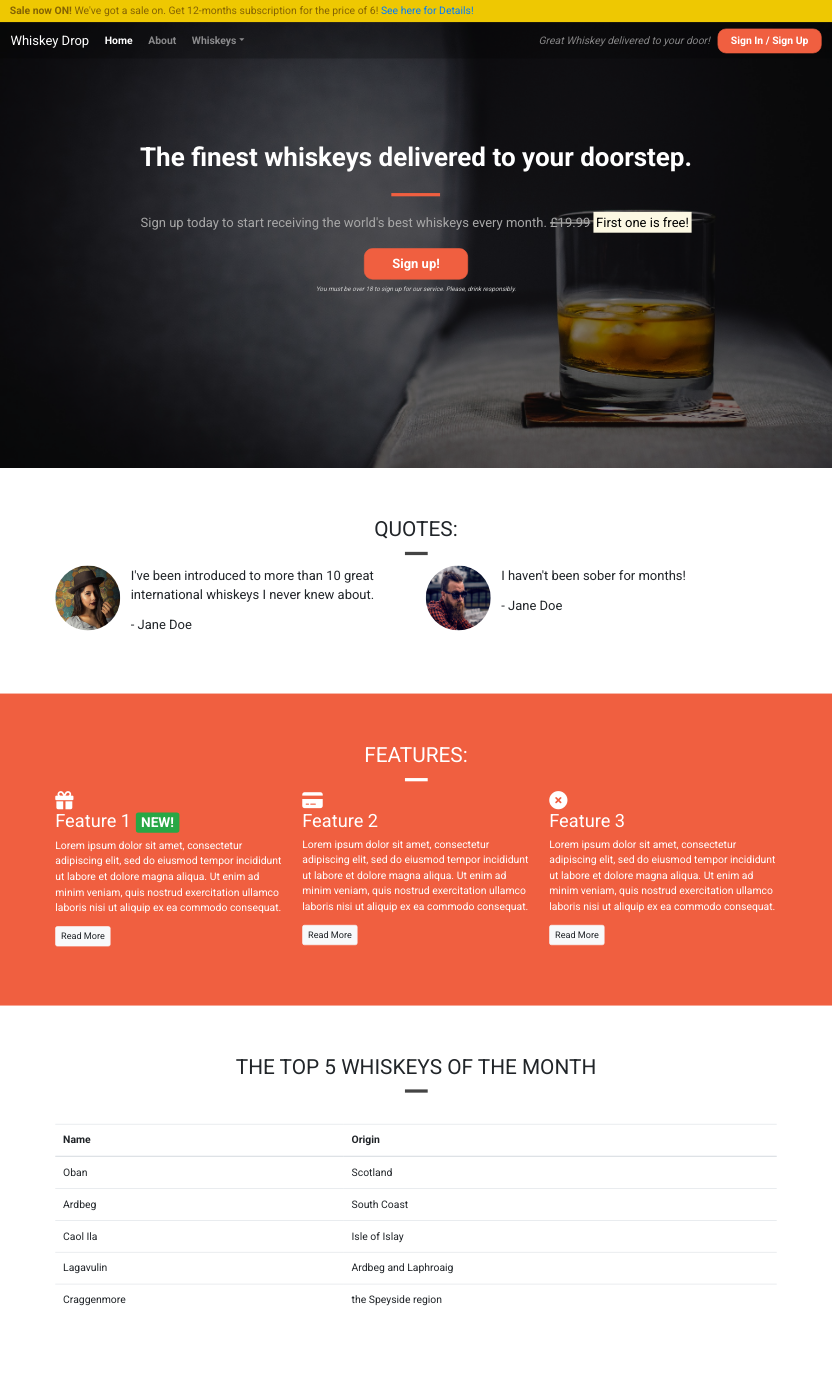
Repository: hidayatmansuri/BootStrap
Page: index.html
The author's editor kept a record of every edit. The page is drawn from the files as they stood at one moment, then again after the next edit.
The browser window is 1280 px wide. The pictures show the whole page, at 65% of full size.
Backgrounds fixed to the window are drawn as part of the page. Some web libraries are served in a nearby version.

Above is the page before.

### index.html
<!DOCTYPE html>
<html lang="en-us">

<head>
    <meta charset="utf-8">
    <meta name="viewport" content="width=device-width, initial-scale=1.0">
    <meta http-equiv="X-UA-Compatible" content="ie=edge">
    <title>Whiskey Drop | Taste a new whiskey every month</title>
    <link rel="stylesheet" href="https://maxcdn.bootstrapcdn.com/bootstrap/4.1.3/css/bootstrap.min.css">
    <script src="https://kit.fontawesome.com/011e87d520.js"></script>
    <link href="https://fonts.googleapis.com/css?family=Roboto:400,700&display=swap" rel="stylesheet">
    <link rel="stylesheet" href="css/style.css" type="text/css" />
</head>

<body>
    <div class="container-fluid navalert-container">
        <div class="container-fluid alert-container">
            <div class="row d-none d-sm-block">
                <div class="col-12">
                    <div class="site-wide-alert aler alert-warning">
                        <strong>Sale now ON!</strong> We've got a sale on. Get 12-months subscription for the price of 6! <a href="">See here for Details!</a>
                    </div>
                </div>
            </div>
        </div>
        <nav class="navbar navbar-dark navbar-expand-sm">
            <a href="/" class="navbar-brand"> Whiskey Drop</a>
            <button class="navbar-toggler ml-auto" type="button" data-toggle="collapse" data-target="#navbarNavDropdown" aria-controls="navbarNavDropdown" aria-expanded="false" aria-label="Toggle navigation">
        <span class="navbar-toggler-icon"></span></button>
            <div class="collapse navbar-collapse" id="navbarNavDropdown">
                <ul class="navbar-nav mr-auto">
                    <li class="active nav-item mr-2"><a class="nav-link" href="/">Home</a></li>
                    <li class="nav-item mr-2"><a class="nav-link" href="/ about">About</a></li>
                    <li class="nav-item dropdown">
                        <a class="nav-link dropdown-toggle" href="#" id="navbarDropdownMenuLink" role="button" data-toggle="dropdown" aria-haspopup="true" aria-expanded="false">Whiskeys</a>
                        <div class="dropdown-menu" aria-labelledby="navbarDropdownMenuLink">
                            <a class="dropdown-item" href="#">Irish</a>
                            <a class="dropdown-item" href="#">Scotch</a>
                            <a class="dropdown-item" href="#">Japanese</a>
                            <a class="dropdown-item" href="#">American</a>
                        </div>
                    </li>
                    <li class="nav-item mr-2 d-block d-sm-none">
                        <a class="nav-link " href="/ login">Sign In / Sign Up</a></li>
                </ul>
            </div>
            <div class="d-none d-md-block">
                <p class="navbar-text my-auto mr-2"><i>Great Whiskey delivered to your door!</i></p>
                <a href="/login" class="btn btn--cta btn--red"> Sign In / Sign Up</a>
            </div>
        </nav>
    </div>

    <!-- Callout -->
    <div class="container-fluid callout-container">
        <div class="opaque-overlay">&nbsp</div>
        <div class="row ">
            <div class="col-12">
                <section class="callout jumbotron text-center">
                    <h1 class="jumbotron-header">The finest whiskeys delivered to your doorstep.</h1>
                    <hr class="block-divider block-divider--orange">
                    <p class="lead">Sign up today to start receiving the world's best whiskeys every month.
                        <s class="d-none d-sm-inline">£19.99</s>
                        <span class="d-inline d-sm-none"><br></span>
                        <strong><mark>First one is free!</mark></strong></p>
                    <button class="btn btn-lg btn--cta btn--red" data-toggle="modal" data-target="#signUpModal">Sign up!</button>
                    <p class="text-muted"><small>You must be over 18 to sign up for our service. Please, drink responsibly.</small></p>
                </section>
            </div>
        </div>
    </div>
    <!-- /.callout -->


    <!-- Quotes -->
    <div class="container-wrapper">
        <div class="container quotes-container content-container">
            <section class="quotes">
                <div class="row">
                    <div class="col-12 page-header">
                        <h2 class="text-uppercase">Quotes:</h2>
                        <hr class="block-divider block-divider--short">
                    </div>
                </div>
                <div class="row">
                    <div class="col-12 col-md-6">
                        <div class="media">
                            <div class="d-none d-sm-block">
                                <img src="images/girl-image.png" class="rounded-circle mr-3" height=100 width=100>
                            </div>
                            <div class="media-body">
                                <blockquote class="blockquote">
                                    <p>I've been introduced to more than 10 great international whiskeys I never knew about.</p>
                                    <p>- Jane Doe</p>
                                </blockquote>
                            </div>
                        </div>
                    </div>
                    <div class="col-12 col-md-6">
                        <div class="media">
                            <div class="d-none d-sm-block">
                                <img src="images/guy-image.png" class="rounded-circle mr-3" height=100 width=100>
                            </div>
                            <div class="media-body">
                                <blockquote class="blockquote">
                                    <p>I haven't been sober for months!</p>
                                    <p>- Jane Doe</p>
                                </blockquote>
                            </div>
                        </div>
                    </div>
                </div>
            </section>
            <!-- /.quotes -->
        </div>
    </div>
    <!-- Features -->
    <div class="containr-wrapper container-wrapper--red">
        <div class="container feature-container content-container">
            <section class="features">
                <div class="row">
                    <div class="col-12 page-header">
                        <h2 class="text-uppercase">Features:</h2>
                        <hr class="block-divider block-divider--short block-divider--white">
                    </div>
                </div>
                <div class="row">
                    <div class="col-12 col-md-6 col-lg-4">
                        <div class="feature">
                            <h3><i class="fas fa-gift d-none d-sm-block"></i> Feature 1 <span class="badge badge-success">NEW!</span></h3>
                            <p>Lorem ipsum dolor sit amet, consectetur adipiscing elit, sed do eiusmod tempor incididunt ut labore et dolore magna aliqua. Ut enim ad minim veniam, quis nostrud exercitation ullamco laboris nisi ut aliquip ex ea commodo consequat.</p>
                            <p><a class="btn btn-sm btn-light" href="">Read More</a></p>
                        </div>
                    </div>
                    <div class="col-12 col-md-6 col-lg-4">
                        <div class="feature">
                            <h3><i class="fas fa-credit-card d-none d-sm-block"></i> Feature 2</h3>
                            <p>Lorem ipsum dolor sit amet, consectetur adipiscing elit, sed do eiusmod tempor incididunt ut labore et dolore magna aliqua. Ut enim ad minim veniam, quis nostrud exercitation ullamco laboris nisi ut aliquip ex ea commodo consequat.</p>
                            <p><a class="btn btn-sm btn-light" href="">Read More</a></p>
                        </div>
                    </div>
                    <div class="col-12 d-md-none d-lg-block col-lg-4">
                        <div class="feature">
                            <h3><i class="fas fa-times-circle d-none d-sm-block"></i> Feature 3</h3>
                            <p>Lorem ipsum dolor sit amet, consectetur adipiscing elit, sed do eiusmod tempor incididunt ut labore et dolore magna aliqua. Ut enim ad minim veniam, quis nostrud exercitation ullamco laboris nisi ut aliquip ex ea commodo consequat.</p>
                            <p><a class="btn btn-sm btn-light" href="">Read More</a></p>
                        </div>
                    </div>
                </div>
            </section>
            <!-- /.features -->
        </div>
    </div>
    <section>
        <div class="container feature-container content-container">
            <div class="col-12 page-header">
                <h2 class="text-uppercase">The top 5 whiskeys of the month</h2>
                <hr class="block-divider block-divider--short">
            </div>
            <table class="my-5 table">
                <thead>
                    <tr>
                        <th scope="col">Name</th>
                        <th scope="col">Origin</th>
                    </tr>
                </thead>
                <tbody>
                    <tr>
                        <td>Oban</td>
                        <td>Scotland</td>
                    </tr>
                    <tr>
                        <td>Ardbeg</td>
                        <td>South Coast</td>
                    </tr>
                    <tr>
                        <td>Caol Ila</td>
                        <td>Isle of Islay</td>
                    </tr>
                    <tr>
                        <td>Lagavulin</td>
                        <td>Ardbeg and Laphroaig</td>
                    </tr>
                    <tr>
                        <td>Craggenmore</td>
                        <td>the Speyside region</td>
                    </tr>
                </tbody>
            </table>
        </div>
    </section>

    <div class="modal" tabindex="-1" role="dialog" id="signUpModal">
        <div class="modal-dialog" role="document">
            <div class="modal-content">
                <div class="modal-header">
                    <h5 class="modal-title">Sign Up to Whiskey Drop!</h5>
                    <button type="button" class="close" data-dismiss="modal" aria-label="Close">
          <span aria-hidden="true">&times;</span>
        </button>
                </div>
                <div class="modal-body">
                    <form>
                        <div class="form-group">
                            <label for="exampleInputEmail1">Email address</label>
                            <input type="email" class="form-control" id="exampleInputEmail1" aria-describedby="emailHelp" placeholder="Enter email">
                            <small id="emailHelp" class="form-text text-muted">We'll never share your email with anyone else.</small>
                        </div>
                        <div class="form-group">
                            <label for="Password">Password</label>
                            <input type="password" class="form-control" id="Password" placeholder="Password">
                        </div>
                        <div class="form-group">
                            <label for="repeatPassword">Repeat Password</label>
                            <input type="password" class="form-control" id="repeatPassword" placeholder="Repeat Password">
                        </div>
                        <button type="submit" class="btn btn-success">Submit</button>
                    </form>
                </div>
            </div>
        </div>
    </div>
    <script src="https://code.jquery.com/jquery-3.3.1.slim.min.js" integrity="sha384-q8i/X+965DzO0rT7abK41JStQIAqVgRVzpbzo5smXKp4YfRvH+8abtTE1Pi6jizo" crossorigin="anonymous"></script>
    <script src="https://cdnjs.cloudflare.com/ajax/libs/popper.js/1.14.7/umd/popper.min.js" integrity="sha384-UO2eT0CpHqdSJQ6hJty5KVphtPhzWj9WO1clHTMGa3JDZwrnQq4sF86dIHNDz0W1" crossorigin="anonymous"></script>
    <script src="https://stackpath.bootstrapcdn.com/bootstrap/4.3.1/js/bootstrap.min.js" integrity="sha384-JjSmVgyd0p3pXB1rRibZUAYoIIy6OrQ6VrjIEaFf/nJGzIxFDsf4x0xIM+B07jRM" crossorigin="anonymous"></script>
</body>

</html>

### css/style.css
body {
    font-family: 'Roboto', sans-serif;
}

.container-wrapper{

}

.container-wrapper--red {
    background-color: #f05f40;
    color:white;
}

.alert-container .col-12 {
    padding-left: 0;
    padding-right: 0;
}

.site-wide-alert {
    border-radius: 0;
    margin-bottom: 0;
    padding: 5px 15px;
    background-color: #eec802;
    border-color: #eec802;
}

.callout-container {
    height: 100vh;

    background: url(../images/whiskey-background.jpg) no-repeat bottom right fixed;
    -webkit-background-size: cover;
    -moz-background-size: cover;
    -o-background-size: cover;
    background-size: cover;

    display:flex;
    align-items: center;
    justify-content: center;

    position: relative;

}

.opaque-overlay {
    position: absolute;
    top: 0;
    left: 0;
    height: 100%;
    width: 100%;
    background-color: rgba(0,0,0,0.5);
}

.quotes-container {}

.feature-container {}

/* Page Header */

.page-header {
    margin-bottom: 0;
    border-bottom: 0;
    test-align: center;
}

.page-header h2 {
   margin-top: 0;
   text-align: center;
}

/*Block dividers */

.block-divider {
    width: 75px;
    height: 5px;
    border: 0;
    background-color: #444;

}

.block-divider--orange {
    background-color: #f05f40;
}

.block-divider--white {
    background-color: white;
}

.block-divider--short {
     width: 35px;
}

/* Content Containers */

.content-container {
    padding-top: 75px;
    padding-bottom: 75px;
    /*text-align: center;*/
}

/* Navbar */

.navalert-container {
    position: absolute;
    top:0;
    left:0;
    padding-left: 0;
    padding-right: 0;
    z-index: 1;
}

.navbar {
    margin-bottom: 0;
    border: 0;
    width: 100%;
    background-color: rgba(0,0,0,0.25);
}

.navbar .navbar-nav a {
    font-weight: bold;
}

.navbar .navbar-toggler {
    font-weight: bold;
}

.navbar-brand {
    background-color: transparent;
}

/*jumbotron*/

.jumbotron {
    background-color: transparent;
}

.jumbotron-header {
    color: white;
    font-weight: bold;
    margin-bottom: 30px;
}

.jumbotron .lead {
    margin: 25px 0;
    color: #a7a7a7;
}

.jumbotron small {
    font-size: 60%;
    font-style: italic;
    color: #d0d0d0;
}

/* Buttons */

.btn--cta {
    font-weight: bold;
    border-radius: 13px;
    width: 160px;
}

.btn--red {
    color: white;
    background-color: #f05f40;
    border-color: #f05f40;
}

.btn--red:hover,
.btn--red:active,
.btn--red:focus,
.btn--red:active:focus {
    background-color: #df4929;
    border-color: #df4929;
}

After the next edit:
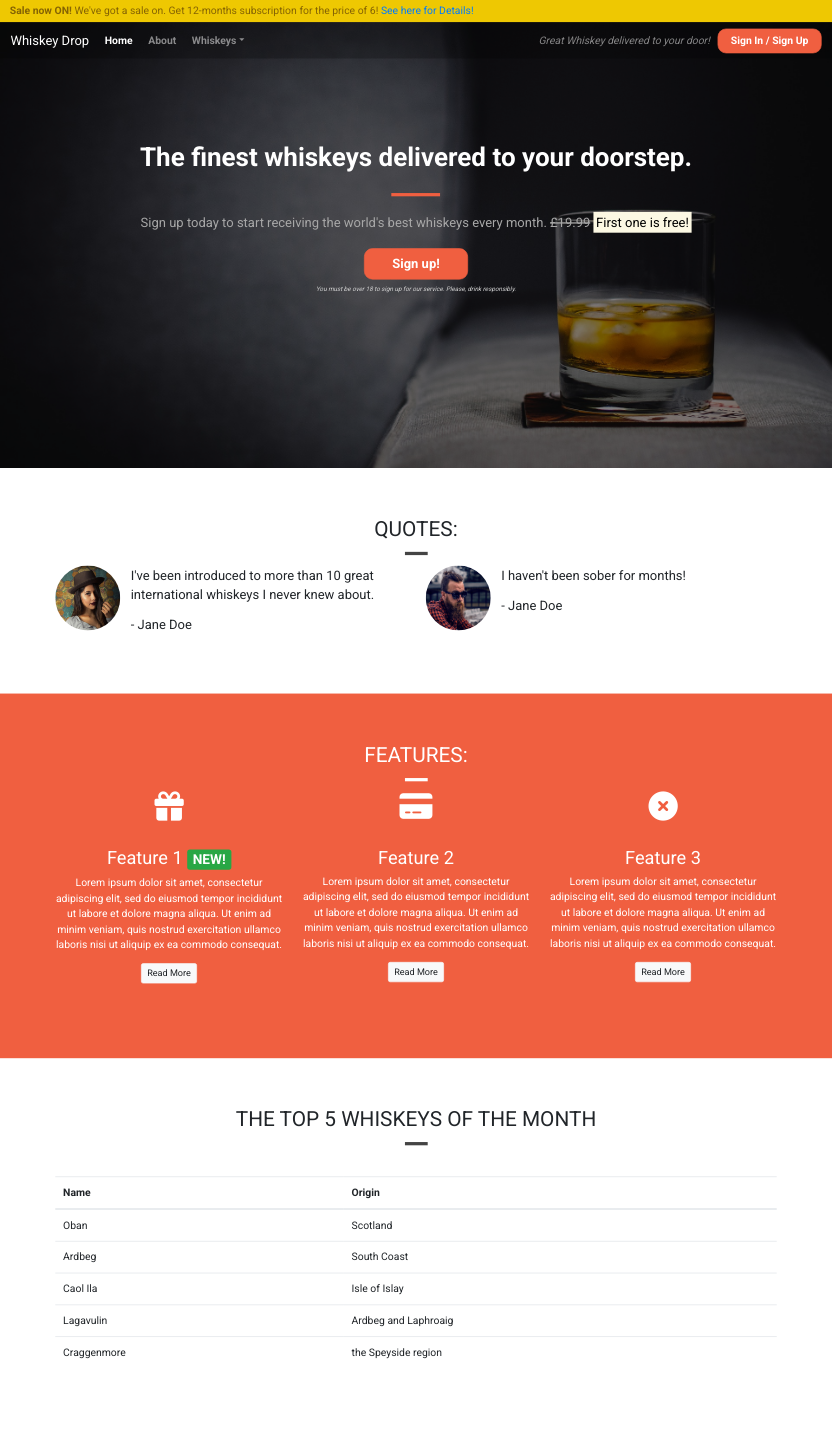
The edit:
--- a/css/style.css
+++ b/css/style.css
@@ -171,3 +171,14 @@
     background-color: #df4929;
     border-color: #df4929;
 }
+
+.feature {
+    text-align: center;
+    margin-bottom: 40px;
+}
+
+.feature i {
+    margin-bottom: 40px;
+    font-size: 45px;
+    line-height: 45px;
+}
